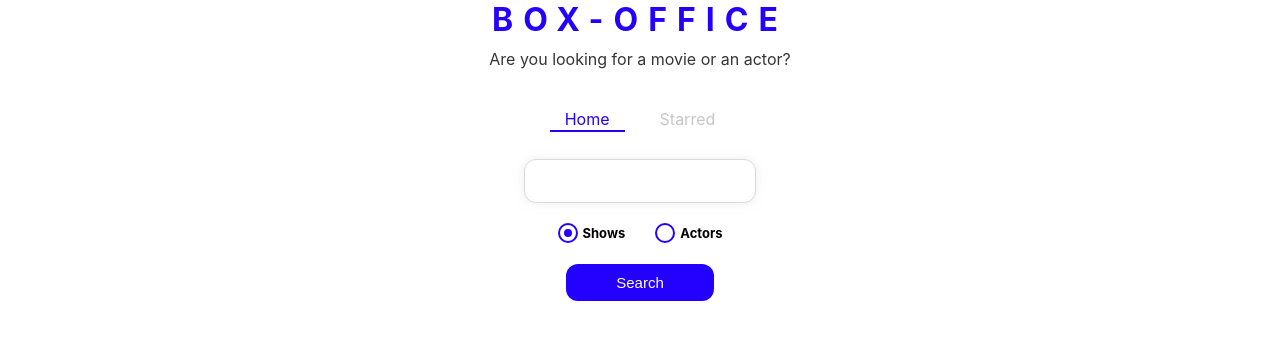
Repository: AishwaryaPandey987/Box-office-app
Page: /#/starred
These files come from the project's save history. The page is drawn as it stood at one moment and after the next save; the edit follows.
The browser window is 1280 px wide. The pictures show the whole page.
The project was rebuilt for these pictures with package versions that can differ from the ones it lists, and the page was loaded fresh each time. Also part of the build but not shown: src/components/actor/ActorCard.js, src/components/styled.js, src/components/actor/ActorGrid.js, src/components/show/ShowCard.js, src/components/show/ShowGrid.js, src/components/show/Cast.styled.js, src/components/show/Cast.js, src/components/show/Details.sty;ed.js and 7 more.

Above is the page before, as saved 2022-02-20 19:28:20.

### public/index.html
<!DOCTYPE html>
<html lang="en">
  <head>
    <meta charset="utf-8" />
    <link rel="icon" href="%PUBLIC_URL%/favicon.ico" />
    <meta name="viewport" content="width=device-width, initial-scale=1" />
    <meta name="theme-color" content="#000000" />
    <meta name="description" content="Web site created using create-react-app" />
    <link rel="apple-touch-icon" href="%PUBLIC_URL%/logo192.png" />
    <!--
      manifest.json provides metadata used when your web app is installed on a
      user's mobile device or desktop. See https://developers.google.com/web/fundamentals/web-app-manifest/
    -->
    <link rel="manifest" href="%PUBLIC_URL%/manifest.json" />
    <link
    href="https://fonts.googleapis.com/css?family=Roboto:300,400,700,&display=swap"
    rel="stylesheet"
  />

    <title>Box Office </title>
  </head>
  <body>
    <noscript>You need to enable JavaScript to run this app.</noscript>
    <div id="root"></div>
    <!--
      This HTML file is a template.
      If you open it directly in the browser, you will see an empty page.

      You can add webfonts, meta tags, or analytics to this file.
      The build step will place the bundled scripts into the <body> tag.

      To begin the development, run `npm start` or `yarn start`.
      To create a production bundle, use `npm run build` or `yarn build`.
    -->
  </body>
</html>

### src/index.js
import React from 'react';
import ReactDOM from 'react-dom';
import { BrowserRouter} from 'react-router-dom';
import "./index.css";
import App from './App';
import * as serviceWorkerRegistration from './serviceWorkerRegistration';
import reportWebVitals from './reportWebVitals';

ReactDOM.render(
  <BrowserRouter>
<App />
</BrowserRouter>,

  document.getElementById('root')
);

// If you want your app to work offline and load faster, you can change
// unregister() to register() below. Note this comes with some pitfalls.
// Learn more about service workers: https://cra.link/PWA
serviceWorkerRegistration.unregister();

// If you want to start measuring performance in your app, pass a function
// to log results (for example: reportWebVitals(console.log))
// or send to an analytics endpoint. Learn more: https://bit.ly/CRA-vitals
reportWebVitals();

### src/App.js
/* eslint-disable no-unused-vars */
import React from 'react';
import { Switch, Route } from 'react-router-dom';
import { ThemeProvider } from 'styled-components';

import Home from './pages/Home';
import Show from './pages/Show';
import Starred from './pages/Starred';

const theme = {
  mainColors: {
    blue: '#2400ff',
    gray: '#c6c6c6',
    dark: '#353535',
  },
};

// eslint-disable-entire- file react/function-component-definition
function App() {
  return (
    <ThemeProvider theme={theme}>
      <Switch>
        <Route exact path="/">
          <Home />
        </Route>

        <Route exact path="/starred">
          <Starred />
        </Route>

        <Route exact path="/show/:id">
          <Show />
        </Route>
      </Switch>
    </ThemeProvider>
  );
}

export default App;

### src/serviceWorkerRegistration.js
// This optional code is used to register a service worker.
// register() is not called by default.
/* eslint-disable  */

// This lets the app load faster on subsequent visits in production, and gives
// it offline capabilities. However, it also means that developers (and users)
// will only see deployed updates on subsequent visits to a page, after all the
// existing tabs open on the page have been closed, since previously cached
// resources are updated in the background.

// To learn more about the benefits of this model and instructions on how to
// opt-in, read https://cra.link/PWA

const isLocalhost = Boolean(
  window.location.hostname === 'localhost' ||
    // [::1] is the IPv6 localhost address.
    window.location.hostname === '[::1]' ||
    // 127.0.0.0/8 are considered localhost for IPv4.
    window.location.hostname.match(/^127(?:\.(?:25[0-5]|2[0-4][0-9]|[01]?[0-9][0-9]?)){3}$/)
);

export function register(config) {
  if (process.env.NODE_ENV === 'production' && 'serviceWorker' in navigator) {
    // The URL constructor is available in all browsers that support SW.
    const publicUrl = new URL(process.env.PUBLIC_URL, window.location.href);
    if (publicUrl.origin !== window.location.origin) {
      // Our service worker won't work if PUBLIC_URL is on a different origin
      // from what our page is served on. This might happen if a CDN is used to
      // serve assets; see https://github.com/facebook/create-react-app/issues/2374
      return;
    }

    window.addEventListener('load', () => {
      const swUrl = `${process.env.PUBLIC_URL}/service-worker.js`;

      if (isLocalhost) {
        // This is running on localhost. Let's check if a service worker still exists or not.
        checkValidServiceWorker(swUrl, config);

        // Add some additional logging to localhost, pointing developers to the
        // service worker/PWA documentation.
        navigator.serviceWorker.ready.then(() => {
          console.log(
            'This web app is being served cache-first by a service ' +
              'worker. To learn more, visit https://cra.link/PWA'
          );
        });
      } else {
        // Is not localhost. Just register service worker
        registerValidSW(swUrl, config);
      }
    });
  }
}

function registerValidSW(swUrl, config) {
  navigator.serviceWorker
    .register(swUrl)
    .then((registration) => {
      registration.onupdatefound = () => {
        const installingWorker = registration.installing;
        if (installingWorker == null) {
          return;
        }
        installingWorker.onstatechange = () => {
          if (installingWorker.state === 'installed') {
            if (navigator.serviceWorker.controller) {
              // At this point, the updated precached content has been fetched,
              // but the previous service worker will still serve the older
              // content until all client tabs are closed.
              console.log(
                'New content is available and will be used when all ' +
                  'tabs for this page are closed. See https://cra.link/PWA.'
              );

              // Execute callback
              if (config && config.onUpdate) {
                config.onUpdate(registration);
              }
            } else {
              // At this point, everything has been precached.
              // It's the perfect time to display a
              // "Content is cached for offline use." message.
              console.log('Content is cached for offline use.');

              // Execute callback
              if (config && config.onSuccess) {
                config.onSuccess(registration);
              }
            }
          }
        };
      };
    })
    .catch((error) => {
      console.error('Error during service worker registration:', error);
    });
}

function checkValidServiceWorker(swUrl, config) {
  // Check if the service worker can be found. If it can't reload the page.
  fetch(swUrl, {
    headers: { 'Service-Worker': 'script' },
  })
    .then((response) => {
      // Ensure service worker exists, and that we really are getting a JS file.
      const contentType = response.headers.get('content-type');
      if (
        response.status === 404 ||
        (contentType != null && contentType.indexOf('javascript') === -1)
      ) {
        // No service worker found. Probably a different app. Reload the page.
        navigator.serviceWorker.ready.then((registration) => {
          registration.unregister().then(() => {
            window.location.reload();
          });
        });
      } else {
        // Service worker found. Proceed as normal.
        registerValidSW(swUrl, config);
      }
    })
    .catch(() => {
      console.log('No internet connection found. App is running in offline mode.');
    });
}

export function unregister() {
  if ('serviceWorker' in navigator) {
    navigator.serviceWorker.ready
      .then((registration) => {
        registration.unregister();
      })
      .catch((error) => {
        console.error(error.message);
      });
  }
}

### src/pages/Home.js
/* eslint-disable import/named */
/* eslint-disable react/no-unknown-property */
/* eslint-disable jsx-a11y/label-has-associated-control */
/* eslint-disable no-use-before-define */
/* eslint-disable no-unused-expressions */
/* eslint-disable no-undef */
/* eslint-disable no-unused-vars */
/* eslint-disable react/self-closing-comp */
import React, { useState } from 'react';
import ActorGrid from '../components/actor/ActorGrid';
import MainpageLayout from '../components/MainpageLayout';
import ShowGrid from '../components/show/ShowGrid';
import { apiGet } from '../misc/config';
import { useLastQuery } from '../misc/custom-hook';
import { SearchInput , RadioInputsWrapper, SearchButtonWrapper} from './Home.styled';
import CustomRadio from '../components/CustomRadio';
// eslint-disable-next-line react/function-component-definition
const Home = () => {
  const [input, setInput] = useLastQuery();
  const [results, setResults] = useState(null);
  const [searchOption, setSearchOption] = useState('shows');

  const isShowsSearch = searchOption === 'shows';

  const onSearch = () => {
    apiGet(`/search/${searchOption}?q=${input}`)
    .then(result => {
      setResults(result);
    });
  };

  const onInputchange = ev => {
    setInput(ev.target.value);
  };

  const onKeyDown = ev => {
    if (ev.keyCode === 13) {
      onSearch();
    }
  };

  const onRadioChange = ev => {
    setSearchOption(ev.target.value);
  };

  const renderResults = () => {
    if (results && results.length === 0) {
      return <div>No results</div>;
    }
    if (results && results.length > 0) {
      return results[0].show ? (
        <ShowGrid data={results} />
      ) : (
        <ActorGrid data={results} />
      );
    }
    return null;
  };

  return (
    <MainpageLayout>
      <SearchInput
        type="text"
        placeholder="Search for something"
        onChange={onInputchange}
        onKeyDown={onKeyDown}
        value={input}
      />

      <RadioInputsWrapper>
        <div>

           <CustomRadio
           label = "Shows"
            id="shows-search"
            type="radio"
            value="shows"
            checked={isShowsSearch}
            onChange={onRadioChange}

            />
            </div>

           <div>


        <CustomRadio
         label = "Actors"
         id="actors-search"
            type="radio"
            value="people"
            checked={!isShowsSearch}
            onChange={onRadioChange}
         />

          </div>
      </RadioInputsWrapper>
      <SearchButtonWrapper>

      <button type="button" onClick={onSearch}>
        Search
      </button>
      </SearchButtonWrapper>
      {renderResults()}
    </MainpageLayout>
  );
};

export default Home;

### src/components/MainpageLayout.js
/* eslint-disable react/function-component-definition */
import React from 'react';
import Navs from './Navs';
import Title from './Title';

const MainpageLayout = ({ children }) => {
  return (
    <div>
      <Title
        title="Box-office"
        subtitle="Are you looking for a movie or an actor?"
      />

      <Navs />

      {children}
    </div>
  );
};

export default MainpageLayout;

### src/misc/config.js
/* eslint-disable no-unused-vars */
const API_BASE_URL = 'https://api.tvmaze.com';

export async function apiGet(queryString) {
  const response = await fetch(`${API_BASE_URL}${queryString}`).then(r =>r.json()
  );
  return response;
}

### src/misc/custom-hook.js
/* eslint-disable no-undef */
import { useReducer, useEffect, useState } from 'react';
import { apiGet } from './config';

function showsReducer(prevState, action) {
  switch (action.type) {
    case 'ADD': {
      return [...prevState, action.showId];
    }

    case 'REMOVE': {
      return prevState.filter(showId => showId !== action.showId);
    }

    default:
      return prevState;
  }
}

function usePersistedReducer(reducer, initialState, key) {
  const [state, dispatch] = useReducer(reducer, initialState, initial => {
    const persisted = localStorage.getItem(key);

    return persisted ? JSON.parse(persisted) : initial;
  });

  useEffect(() => {
    localStorage.setItem(key, JSON.stringify(state));
  }, [state, key]);

  return [state, dispatch];
}
export function useShows(key = 'shows') {
  return usePersistedReducer(showsReducer, [], key);
}

export function useLastQuery(key = 'lastquery') {
  const [input, setInput] = useState(() => {
    const persisted = sessionStorage.getItem(key);

    return persisted ? JSON.parse(persisted) : ' ';
  });

  const setPersistedInput = newState => {
    setInput(newState);
    sessionStorage.setItem(key, JSON.stringify(newState));
  };
  return [input, setPersistedInput];
}

const reducer = (prevState, action) => {
  switch (action.type) {
    case 'FETCH_SUCCESS': {
      return { isLoading: false, error: null, show: action.show };
    }

    case 'FETCH_FAILED': {
      return { ...prevState, isLoading: false, error: action.error };
    }
    default:
      return prevState;
  }
};

export function useShow(showId) {
  const [state, dispatch] = useReducer(reducer, {
    show: null,
    isLoading: true,
    error: null,
  });

  useEffect(() => {
    let isMounted = true;

    apiGet(`/shows/${showId}?embed[]=seasons&embed[]=cast`)
      .then(results => {
        if (isMounted) {
          dispatch({ type: 'FETCH_SUCCESS', show: results });
        }
      })
      .catch(err => {
        if (isMounted) {
          dispatch({ type: 'FETCH_FAILED', error: err.message });
        }
      });
    return () => {
      isMounted = false;
    };
  }, [showId]);
  return state;
}

### src/pages/Home.styled.js
import styled from 'styled-components';

export const SearchInput = styled.input`
  display: block;
  font-family: 'Roboto', sans-serif;
  width: 200px;
  margin: auto;
  outline: none;
  padding: 13px 15px;
  border: 1px solid #dbdbdb;
  box-shadow: 0px 0px 10px 0px rgba(219, 219, 219, 0.5);
  font-size: 14px;
  border-radius: 12px;
  color: #8d8d8d;

  &::placeholder {
    font-weight: 300;
    color: #8d8d8d;
  }
`;

export const RadioInputsWrapper = styled.div`
  display: flex;
  justify-content: center;
  margin: 20px 0;

  div {
    margin: 0 15px;
  }
`;

export const SearchButtonWrapper = styled.div`
  text-align: center;
  margin-bottom: 35px;

  button {
    color: #fff;
    background-color: ${({ theme }) => theme.mainColors.blue};
    margin: auto;
    padding: 10px 50px;
    font-size: 15px;
    border: none;
    outline: none;
    border-radius: 12px;
    &:hover {
      cursor: pointer;
    }
  }
`;

### src/components/CustomRadio.js
/* eslint-disable react/function-component-definition */
import React from 'react'
import styled from 'styled-components';

const RadioWrapper = styled.label`
  display: block;
  position: relative;
  padding-left: 25px;
  cursor: pointer;
  font-size: 13px;
  user-select: none;
  font-weight: 700;
  line-height: 1.65;

  input {
    position: absolute;
    opacity: 0;
    cursor: pointer;
  }

  span {
    position: absolute;
    top: 0;
    left: 0;
    height: 16px;
    width: 16px;
    background-color: #fff;
    border: 2px solid ${({ theme }) => theme.mainColors.blue};
    border-radius: 50%;
  }

  input:checked ~ span {
    background-color: #fff;
    border: 2px solid ${({ theme }) => theme.mainColors.blue};
  }

  span:after {
    content: '';
    position: absolute;
    display: none;
  }

  input:checked ~ span:after {
    display: block;
  }

  span:after {
    top: 4px;
    left: 4px;
    width: 8px;
    height: 8px;
    border-radius: 50%;
    background: ${({ theme }) => theme.mainColors.blue};
  }
`;
const CustomRadio = ({ label, ...restProps}) => {
  return (
    <RadioWrapper htmlFor={restProps.id}>
     {label}
    <input { ...restProps} type ="radio" />
    <span/>
  </RadioWrapper>
  )
}

export default CustomRadio;

### src/components/Navs.js
import React from 'react';
import { useLocation } from 'react-router';
import { NavList, LinkStyled } from './Navs.styled';

// eslint-disable-next-line no-unused-vars
const LINKS = [
  { to: '/', text: 'Home' },
  { to: '/starred', text: 'Starred' },
];

// eslint-disable-next-line react/function-component-definition
const Navs = () => {
  const location = useLocation();
  return (
    <div>
      <NavList>
        {LINKS.map(item => (
          <li key={item.to}>
            <LinkStyled
              to={item.to}
              className={item.to === location.pathname ? 'active ' : ' '}
            >
              {item.text}
            </LinkStyled>
          </li>
        ))}
      </NavList>
    </div>
  );
};

export default Navs;

### src/components/Title.js
/* eslint-disable jsx-a11y/heading-has-content */
/* eslint-disable react/self-closing-comp */
/* eslint-disable react/function-component-definition */
/* eslint-disable no-unused-expressions */
import React from 'react';
import { TitleWrapper } from './Title.styled';

const Title = ({ title, subtitle }) => {
  return (
    <TitleWrapper>
      <h1>{title}</h1>
      <p>{subtitle}</p>
    </TitleWrapper>
  );
};

export default Title;

### src/components/Navs.styled.js
import styled from 'styled-components';
import { Link } from 'react-router-dom';

export const NavList = styled.ul`
  display: flex;
  justify-content: center;
  list-style: none;
  margin: 0 0 30px;
  padding: 0;
`;

export const LinkStyled = styled(Link)`
  margin: 0 10px;
  padding: 3px 15px;
  position: relative;
  text-decoration: none;
  color: ${({ theme }) => theme.mainColors.gray};
  &.active {
    color: ${({ theme }) => theme.mainColors.blue};
    &:after {
      content: '';
      position: absolute;
      display: block;
      height: 2px;
      left: 0%;
      bottom: 0;
      background-color: ${({ theme }) => theme.mainColors.blue};
      animation: slide-in 0.3s ease-in forwards;
      @keyframes slide-in {
        from {
          left: 50%;
          width: 0;
        }
        to {
          left: 0%;
          width: 100%;
        }
      }
    }
  }
`;

### src/pages/starred.js
/* eslint-disable no-unused-vars */
/* eslint-disable react/function-component-definition */
import React, { useState, useEffect } from 'react';
import MainpageLayout from '../components/MainpageLayout';
import { useShows } from '../misc/custom-hook';
import { apiGet } from '../misc/config';
import ShowGrid from '../components/show/ShowGrid';

const Starred = () => {
  const [starred] = useShows();

  const [shows, setShows] = useState(null);
  const [isLoading, setIsLoading] = useState(true);
  const [error, setError] = useState(null);

  useEffect(() => {
    if (starred && starred.length > 0) {
      const promises = starred.map(showId => apiGet(`/shows/${showId}`));

      Promise.all(promises)
        .then(apiData => apiData.map(show => ({ show })))
        .then(results => {
          setShows(results);
          setIsLoading(false);
        })
        .catch(err => {
          setError(err.message);
          setIsLoading(false);
        });
    } else {
      setIsLoading(false);
    }
  }, [starred]);
  return (
    <MainpageLayout>
      {isLoading && <div>Shows are still loading</div>}
      {error && <div>Error occured : {error}</div>}
      {!isLoading && !shows && <div>No shows were added</div>}
      {!isLoading && !error && shows && <ShowGrid data={shows} />}
    </MainpageLayout>
  );
};

export default Starred;

Loaded but not shown: src/index.css (common file); src/reportWebVitals.jsx (common file); src/components/Title.styled.js (common file)

After the next save:
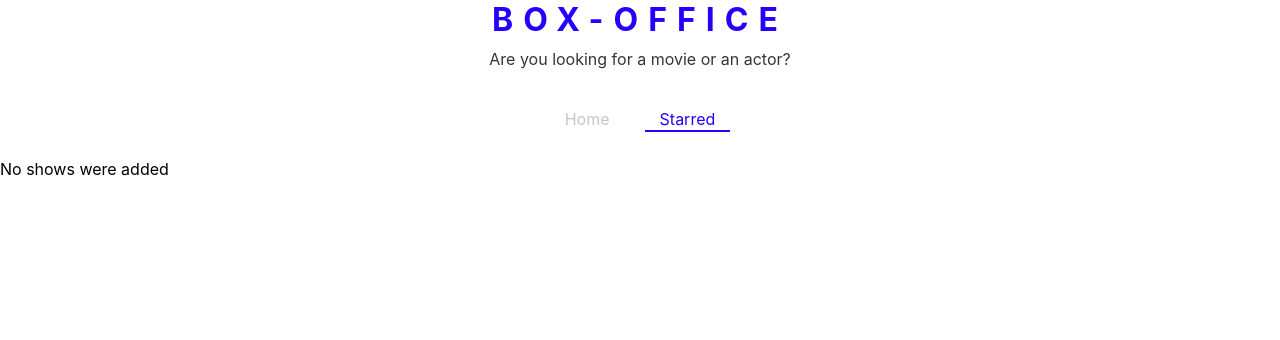
Saved 6 min 1 s later.
--- a/src/index.js
+++ b/src/index.js
@@ -1,15 +1,15 @@
 import React from 'react';
 import ReactDOM from 'react-dom';
-import { BrowserRouter} from 'react-router-dom';
+import { HashRouter} from 'react-router-dom';
 import "./index.css";
 import App from './App';
 import * as serviceWorkerRegistration from './serviceWorkerRegistration';
 import reportWebVitals from './reportWebVitals';
 
 ReactDOM.render(
-  <BrowserRouter>
+  <HashRouter>
 <App />
-</BrowserRouter>,
+</HashRouter>,
 
   document.getElementById('root')
 );
